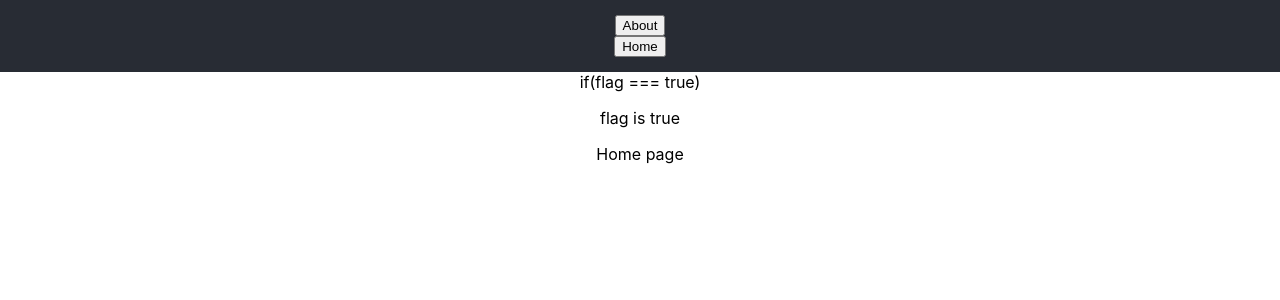
Repository: spnovaa/work-hive
Page: /home
These files come from the project's save history. The page is drawn as it stood at one moment and after the next save; the edit follows.
The browser window is 1280 px wide. The pictures show the whole page.
The project was rebuilt for these pictures with package versions that can differ from the ones it lists, and the page was loaded fresh each time. Also part of the build but not shown: src/pages/about/about.jsx.

Above is the page before, as saved 2025-01-13 00:22:16.

After the next save:
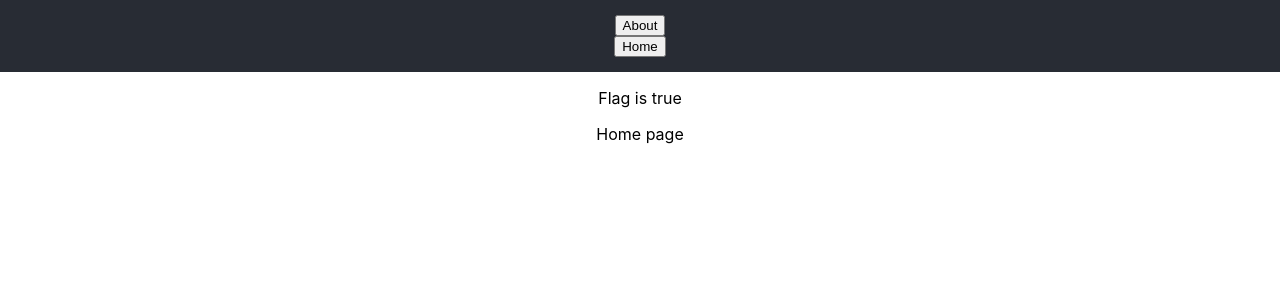
Saved 2 min 0 s later.
--- a/src/pages/home/home.jsx
+++ b/src/pages/home/home.jsx
@@ -1,18 +1,16 @@
+import { useState, useEffect } from 'react';
 
-import {Button} from 'react';
-import {useState, useEffect} from 'react';
 export const Home = () => {
-    const [flag, setFlag] = useState();
-    useEffect(()=>{
-        setFlag(true);
-    },[])
+    const [flag, setFlag] = useState(false); // Initialize flag to false
+
+    useEffect(() => {
+        setFlag(true); // Set flag to true when the component mounts
+    }, []);
 
     return (
         <div>
-            if(flag === true){
-                <p> flag is true</p>
-            }
+            {flag === true && <p>Flag is true</p>}
             <p>Home page</p>
         </div>
-    )
-}
+    );
+};
